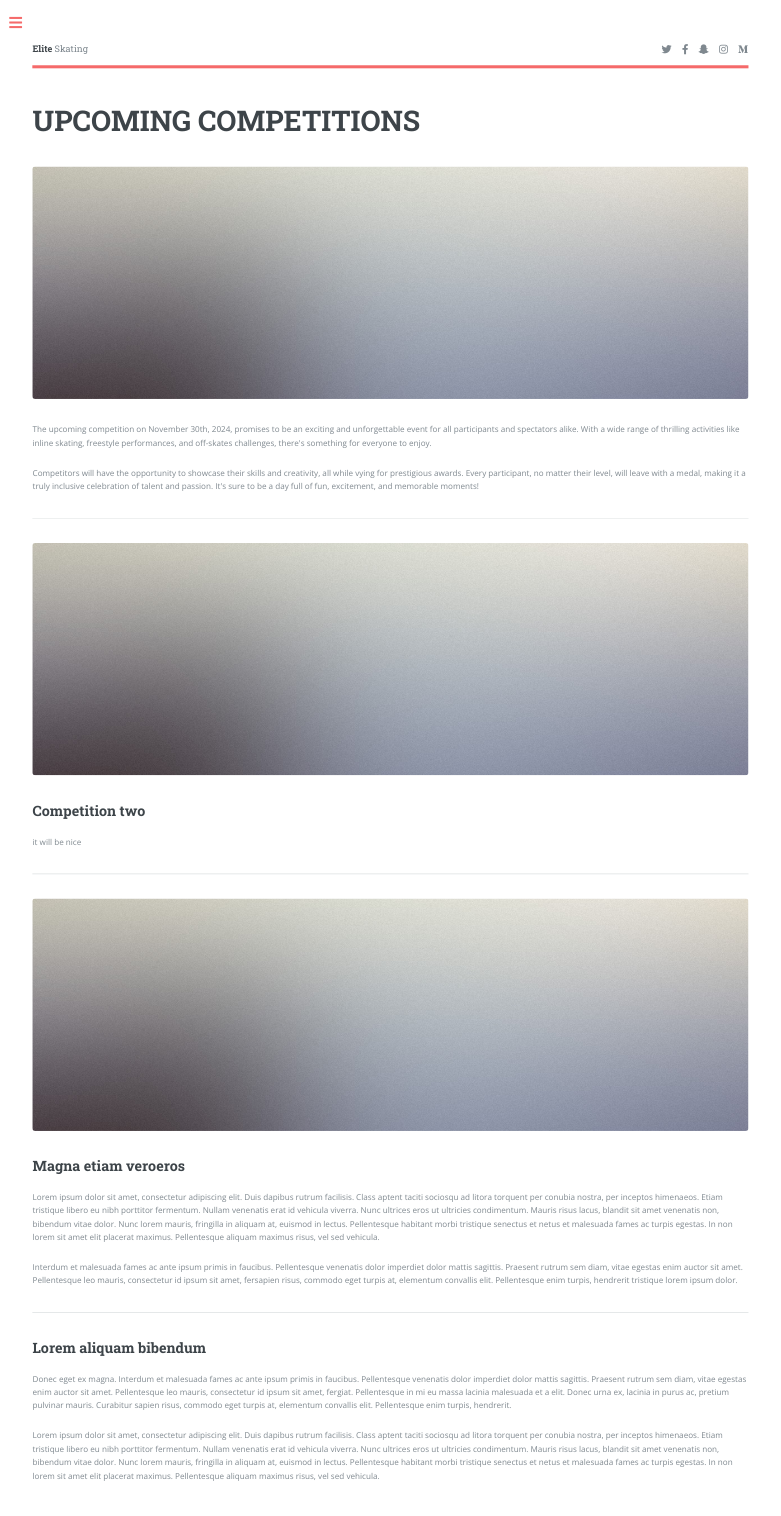
Repository: rachel648/New_Elite
Page: generic.html
These files come from the project's save history. The page is drawn as it stood at one moment and after the next save; the edit follows.
The browser window is 1280 px wide. The pictures show the whole page, at 61% of full size.

Above is the page before, as saved 2024-10-14 11:45:10.

### generic.html
<!DOCTYPE HTML>
<!--
	Editorial by HTML5 UP
	html5up.net | @ajlkn
	Free for personal and commercial use under the CCA 3.0 license (html5up.net/license)
-->
<html>
	<head>
		<title>Generic - Editorial by HTML5 UP</title>
		<meta charset="utf-8" />
		<meta name="viewport" content="width=device-width, initial-scale=1, user-scalable=no" />
		<link rel="stylesheet" href="assets/css/main.css" />
	</head>
	<body class="is-preload">

		<!-- Wrapper -->
			<div id="wrapper">

				<!-- Main -->
					<div id="main">
						<div class="inner">

							<!-- Header -->
								<header id="header">
									<a href="index.html" class="logo"><strong>Elite</strong> Skating</a>
									<ul class="icons">
										<li><a href="#" class="icon brands fa-twitter"><span class="label">Twitter</span></a></li>
										<li><a href="#" class="icon brands fa-facebook-f"><span class="label">Facebook</span></a></li>
										<li><a href="#" class="icon brands fa-snapchat-ghost"><span class="label">Snapchat</span></a></li>
										<li><a href="#" class="icon brands fa-instagram"><span class="label">Instagram</span></a></li>
										<li><a href="#" class="icon brands fa-medium-m"><span class="label">Medium</span></a></li>
									</ul>
								</header>

							<!-- Content -->
								<section>
									<header class="main">
										<h1>UPCOMING COMPETITIONS</h1>
									</header>

									<span class="image main"><img src="images/pic11.jpg" alt="" /></span>

									<p>The upcoming competition on November 30th, 2024, promises to be an exciting and unforgettable event for all participants and spectators alike. With a wide range of thrilling activities like inline skating, freestyle performances, and off-skates challenges, there's something for everyone to enjoy.</p>

									<p>Competitors will have the opportunity to showcase their skills and creativity, all while vying for prestigious awards. Every participant, no matter their level, will leave with a medal, making it a truly inclusive celebration of talent and passion. It's sure to be a day full of fun, excitement, and memorable moments!</p>

									<hr class="major" />
									<span class="image main"><img src="images/pic11.jpg" alt="" /></span>

									<h2>Competition two</h2>
									<p>it will be nice</p>

									<hr class="major" />
									<span class="image main"><img src="images/pic11.jpg" alt="" /></span>


									<h2>Magna etiam veroeros</h2>
									<p>Lorem ipsum dolor sit amet, consectetur adipiscing elit. Duis dapibus rutrum facilisis. Class aptent taciti sociosqu ad litora torquent per conubia nostra, per inceptos himenaeos. Etiam tristique libero eu nibh porttitor fermentum. Nullam venenatis erat id vehicula viverra. Nunc ultrices eros ut ultricies condimentum. Mauris risus lacus, blandit sit amet venenatis non, bibendum vitae dolor. Nunc lorem mauris, fringilla in aliquam at, euismod in lectus. Pellentesque habitant morbi tristique senectus et netus et malesuada fames ac turpis egestas. In non lorem sit amet elit placerat maximus. Pellentesque aliquam maximus risus, vel sed vehicula.</p>
									<p>Interdum et malesuada fames ac ante ipsum primis in faucibus. Pellentesque venenatis dolor imperdiet dolor mattis sagittis. Praesent rutrum sem diam, vitae egestas enim auctor sit amet. Pellentesque leo mauris, consectetur id ipsum sit amet, fersapien risus, commodo eget turpis at, elementum convallis elit. Pellentesque enim turpis, hendrerit tristique lorem ipsum dolor.</p>

									<hr class="major" />

									<h2>Lorem aliquam bibendum</h2>
									<p>Donec eget ex magna. Interdum et malesuada fames ac ante ipsum primis in faucibus. Pellentesque venenatis dolor imperdiet dolor mattis sagittis. Praesent rutrum sem diam, vitae egestas enim auctor sit amet. Pellentesque leo mauris, consectetur id ipsum sit amet, fergiat. Pellentesque in mi eu massa lacinia malesuada et a elit. Donec urna ex, lacinia in purus ac, pretium pulvinar mauris. Curabitur sapien risus, commodo eget turpis at, elementum convallis elit. Pellentesque enim turpis, hendrerit.</p>
									<p>Lorem ipsum dolor sit amet, consectetur adipiscing elit. Duis dapibus rutrum facilisis. Class aptent taciti sociosqu ad litora torquent per conubia nostra, per inceptos himenaeos. Etiam tristique libero eu nibh porttitor fermentum. Nullam venenatis erat id vehicula viverra. Nunc ultrices eros ut ultricies condimentum. Mauris risus lacus, blandit sit amet venenatis non, bibendum vitae dolor. Nunc lorem mauris, fringilla in aliquam at, euismod in lectus. Pellentesque habitant morbi tristique senectus et netus et malesuada fames ac turpis egestas. In non lorem sit amet elit placerat maximus. Pellentesque aliquam maximus risus, vel sed vehicula.</p>

								</section>

						</div>
					</div>

				<!-- Sidebar -->
					<div id="sidebar">
						<div class="inner">

							<!-- Search -->
								<section id="search" class="alt">
									<form method="post" action="#">
										<input type="text" name="query" id="query" placeholder="Search" />
									</form>
								</section>

							<!-- Menu -->
								<nav id="menu">
									<header class="major">
										<h2>Menu</h2>
									</header>
									<ul>
										<li><a href="index.html">Homepage</a></li>
										<li><a href="generic.html">Generic</a></li>
										<li><a href="elements.html">Elements</a></li>
										<li>
											<span class="opener">Submenu</span>
											<ul>
												<li><a href="#">Lorem Dolor</a></li>
												<li><a href="#">Ipsum Adipiscing</a></li>
												<li><a href="#">Tempus Magna</a></li>
												<li><a href="#">Feugiat Veroeros</a></li>
											</ul>
										</li>
										<li><a href="#">Etiam Dolore</a></li>
										<li><a href="#">Adipiscing</a></li>
										<li>
											<span class="opener">Another Submenu</span>
											<ul>
												<li><a href="#">Lorem Dolor</a></li>
												<li><a href="#">Ipsum Adipiscing</a></li>
												<li><a href="#">Tempus Magna</a></li>
												<li><a href="#">Feugiat Veroeros</a></li>
											</ul>
										</li>
										<li><a href="#">Maximus Erat</a></li>
										<li><a href="#">Sapien Mauris</a></li>
										<li><a href="#">Amet Lacinia</a></li>
									</ul>
								</nav>

							<!-- Section -->
								<section>
									<header class="major">
										<h2>Ante interdum</h2>
									</header>
									<div class="mini-posts">
										<article>
											<a href="#" class="image"><img src="images/pic07.jpg" alt="" /></a>
											<p>Aenean ornare velit lacus, ac varius enim lorem ullamcorper dolore aliquam.</p>
										</article>
										<article>
											<a href="#" class="image"><img src="images/pic08.jpg" alt="" /></a>
											<p>Aenean ornare velit lacus, ac varius enim lorem ullamcorper dolore aliquam.</p>
										</article>
										<article>
											<a href="#" class="image"><img src="images/pic09.jpg" alt="" /></a>
											<p>Aenean ornare velit lacus, ac varius enim lorem ullamcorper dolore aliquam.</p>
										</article>
									</div>
									<ul class="actions">
										<li><a href="#" class="button">More</a></li>
									</ul>
								</section>

							<!-- Section -->
								<section>
									<header class="major">
										<h2>Get in touch</h2>
									</header>
									<p>Sed varius enim lorem ullamcorper dolore aliquam aenean ornare velit lacus, ac varius enim lorem ullamcorper dolore. Proin sed aliquam facilisis ante interdum. Sed nulla amet lorem feugiat tempus aliquam.</p>
									<ul class="contact">
										<li class="icon solid fa-envelope"><a href="#">information@untitled.tld</a></li>
										<li class="icon solid fa-phone">(000) 000-0000</li>
										<li class="icon solid fa-home">1234 Somewhere Road #8254<br />
										Nashville, TN 00000-0000</li>
									</ul>
								</section>

							<!-- Footer -->
								<footer id="footer">
									<p class="copyright">&copy; Untitled. All rights reserved. Demo Images: <a href="https://unsplash.com">Unsplash</a>. Design: <a href="https://html5up.net">HTML5 UP</a>.</p>
								</footer>

						</div>
					</div>

			</div>

		<!-- Scripts -->
			<script src="assets/js/jquery.min.js"></script>
			<script src="assets/js/browser.min.js"></script>
			<script src="assets/js/breakpoints.min.js"></script>
			<script src="assets/js/util.js"></script>
			<script src="assets/js/main.js"></script>

	</body>
</html>

Loaded but not shown: assets/js/jquery.min.js (library); assets/js/browser.min.js (common file); assets/js/breakpoints.min.js (common file); assets/css/fontawesome-all.min.css (library); assets/js/util.js (587 lines, source omitted); assets/js/main.js (262 lines, source omitted); assets/css/main.css (2284 lines, source omitted)

After the next save:
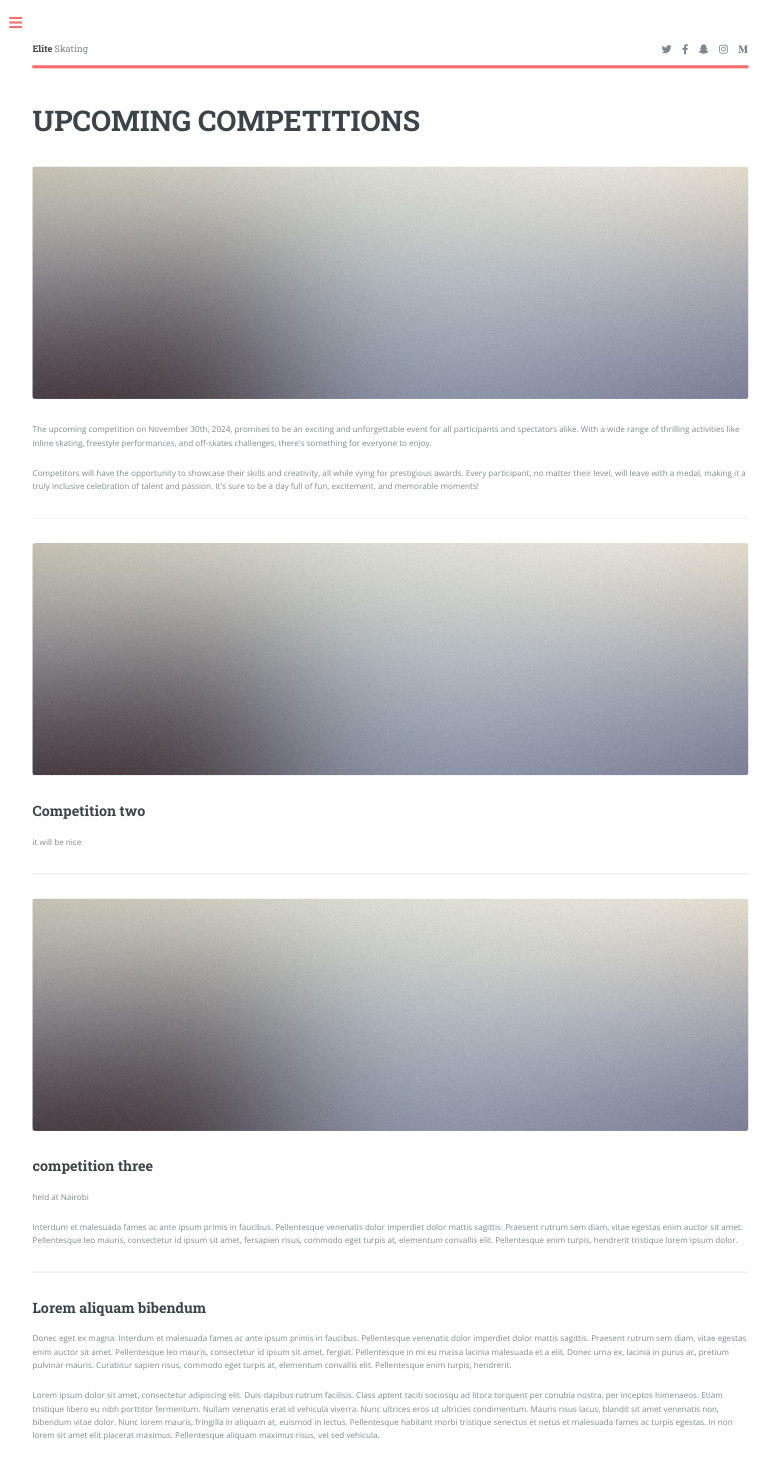
Saved 28 s later.
--- a/generic.html
+++ b/generic.html
@@ -54,8 +54,8 @@
 									<span class="image main"><img src="images/pic11.jpg" alt="" /></span>
 
 
-									<h2>Magna etiam veroeros</h2>
-									<p>Lorem ipsum dolor sit amet, consectetur adipiscing elit. Duis dapibus rutrum facilisis. Class aptent taciti sociosqu ad litora torquent per conubia nostra, per inceptos himenaeos. Etiam tristique libero eu nibh porttitor fermentum. Nullam venenatis erat id vehicula viverra. Nunc ultrices eros ut ultricies condimentum. Mauris risus lacus, blandit sit amet venenatis non, bibendum vitae dolor. Nunc lorem mauris, fringilla in aliquam at, euismod in lectus. Pellentesque habitant morbi tristique senectus et netus et malesuada fames ac turpis egestas. In non lorem sit amet elit placerat maximus. Pellentesque aliquam maximus risus, vel sed vehicula.</p>
+									<h2>competition three</h2>
+									<p>held at Nairobi</p>
 									<p>Interdum et malesuada fames ac ante ipsum primis in faucibus. Pellentesque venenatis dolor imperdiet dolor mattis sagittis. Praesent rutrum sem diam, vitae egestas enim auctor sit amet. Pellentesque leo mauris, consectetur id ipsum sit amet, fersapien risus, commodo eget turpis at, elementum convallis elit. Pellentesque enim turpis, hendrerit tristique lorem ipsum dolor.</p>
 
 									<hr class="major" />
